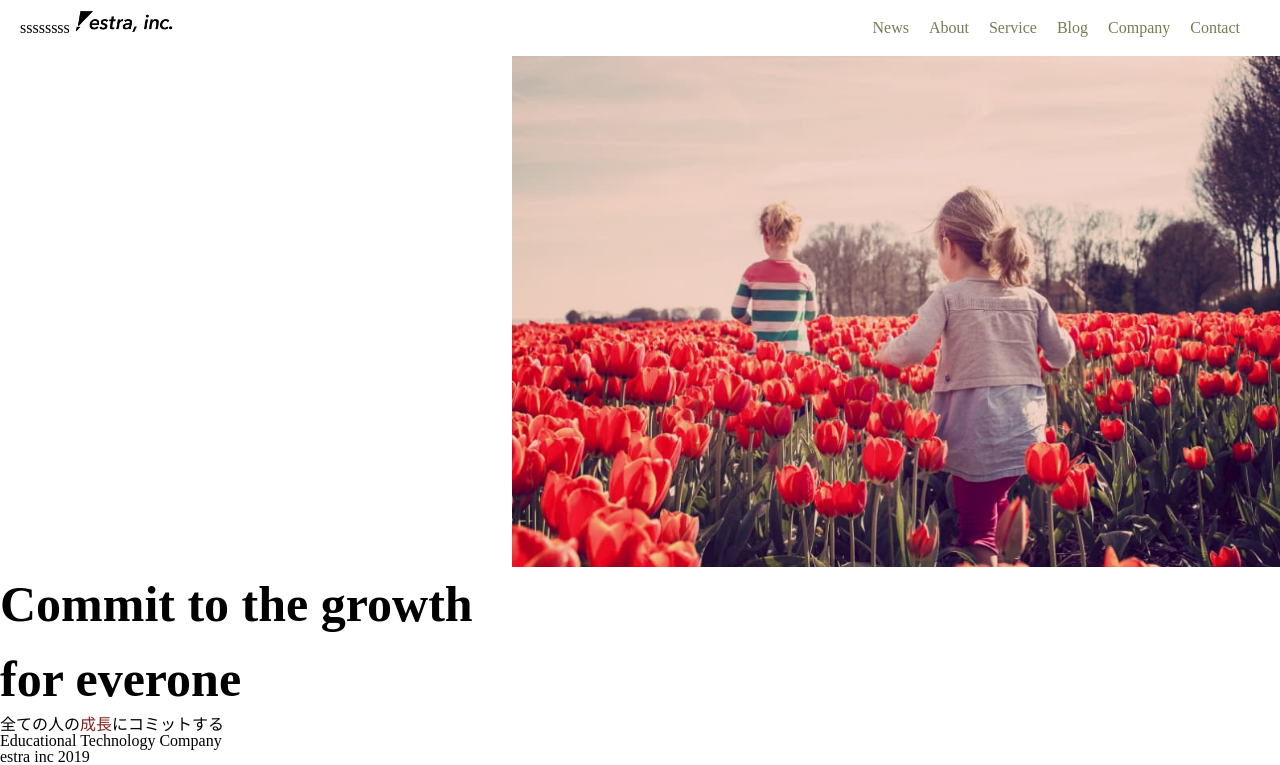
Repository: masanarimiura/20220504miura
Page: index.html
An editor plug-in stored every save of this project. The page is shown before and after the next save, followed by the edit.
The browser window is 1280 px wide. The pictures show the whole page.
Some web fonts or font styles are not loaded; a fallback is used.

Above is the page before, as saved 2022-05-04 18:21:22.

### index.html
<!DOCTYPE html>
<html lang="ja">

<head>
  <meta charset="UTF-8">
  <meta http-equiv="X-UA-Compatible" content="IE=edge">
  <meta name="viewport" content="width=device-width, initial-scale=1.0">
  <title>20220504miura</title>
  <link rel="stylesheet" href="css/reset.css">
  <link rel="stylesheet" href="css/style.css">
  <link rel="preconnect" href="https://fonts.googleapis.com">
  <link rel="preconnect" href="https://fonts.gstatic.com" crossorigin>
  <link href="https://fonts.googleapis.com/css2?family=Gochi+Hand&display=swap" rel="stylesheet">
</head>
<header class="header">
  <div class="header-inner">
    <div class="header-logo">
      <a href="">ssssssss
        <img src="img/estra_logo.png" alt="">
      </a>
    </div>
    <nav class="header-nav">
      <ul class="header-nav-list">
        <li class="header-nav-item"><a href="" class="header-nav-link">
            News
          </a></li>
        <li class="header-nav-item"><a href="" class="header-nav-link">
            About
          </a></li>
        <li class="header-nav-item"><a href="" class="header-nav-link">
            Service
          </a></li>
        <li class="header-nav-item"><a href="" class="header-nav-link">
            Blog
          </a></li>
        <li class="header-nav-item"><a href="" class="header-nav-link">
            Company
          </a></li>
        <li class="header-nav-item"><a href="" class="header-nav-link">
            Contact
          </a></li>
      </ul>
    </nav>
  </div>
</header>
<div class="firstview">
  <img src="img/firstview.jpg" alt="">
  <h2 class="firstview-ttl">
    Commit to the growth <br>for everone
  </h2>
  <div class="firstview">
    <p class="firstview-text">
      全ての人の<span class="firstview-text-emphasis">成長</span>にコミットする
    </p>
    <p class="firstview-en">
      Educational Technology Company <br>estra inc 2019
    </p>
  </div>
</div>

<body>

</body>

</html>

### css/style.css
a {
  text-decoration: none;
  color: inherit;
}
.header {
  width: 100%;
}
.header-inner {
  display: flex;
  justify-content: space-between;
  margin: 10px 20px;
}
.header img {
  width: 100px;
}
.header-nav {
  margin: 10px 20px;
}
.header-nav-list {
  display: flex;
  justify-content: center;
}
.header-nav-item {
  color: rgb(120, 123, 82);
}
.header-nav-item:not(:last-child) {
  padding-right: 20px;
}
.firstview {
  width: 100%;
  position: relative;
}
.firstview img {
  width: 60%;
  margin: 0 0 0 auto;
  display: block;
}
.firstview-ttl {

  font-size: 50px;
  font-family: "Gochi Hand", cursive;
  line-height: 1.5;
}
.firstview-text {

}
.firstview-text-emphasis {
  color: rgb(131, 33, 33);
}

Loaded but not shown: css/reset.css (common file)

After the next save:
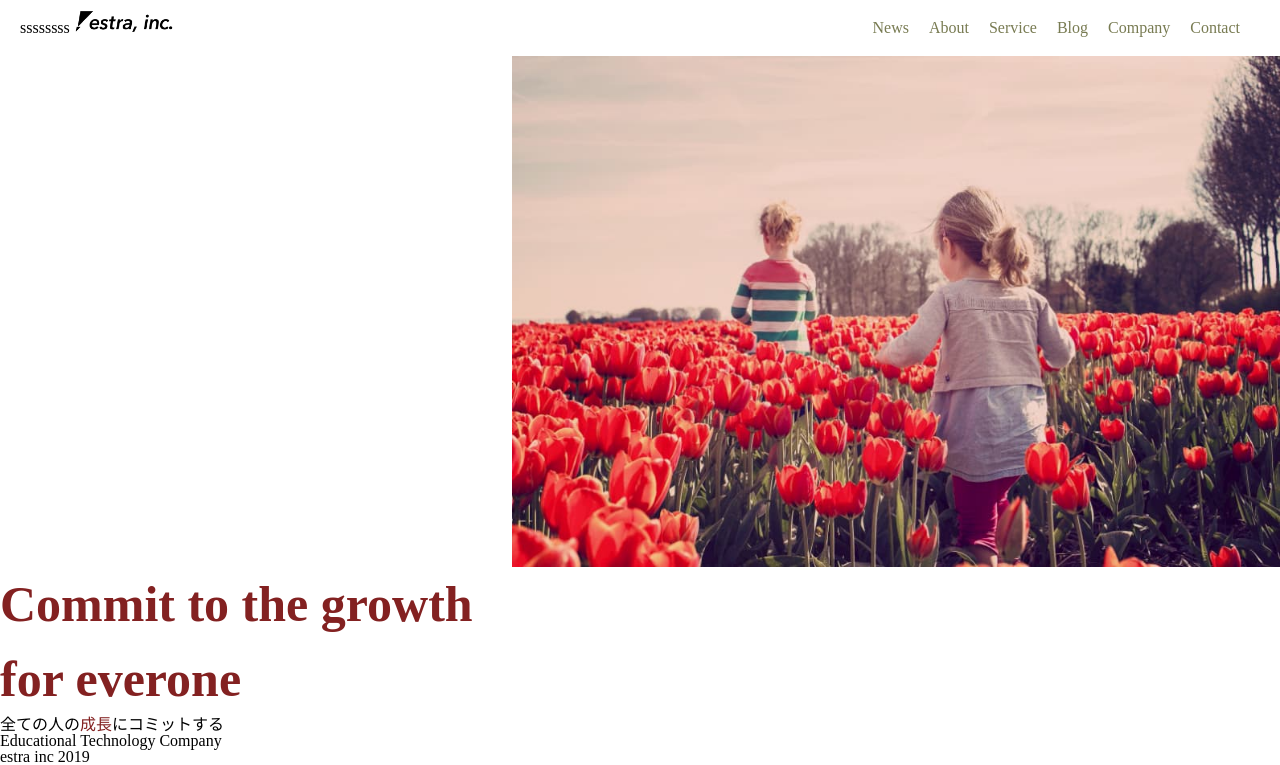
Saved 7 s later.
--- a/css/style.css
+++ b/css/style.css
@@ -36,7 +36,7 @@
   display: block;
 }
 .firstview-ttl {
-
+  color: rgb(131, 33, 33);
   font-size: 50px;
   font-family: "Gochi Hand", cursive;
   line-height: 1.5;

After the save that followed:
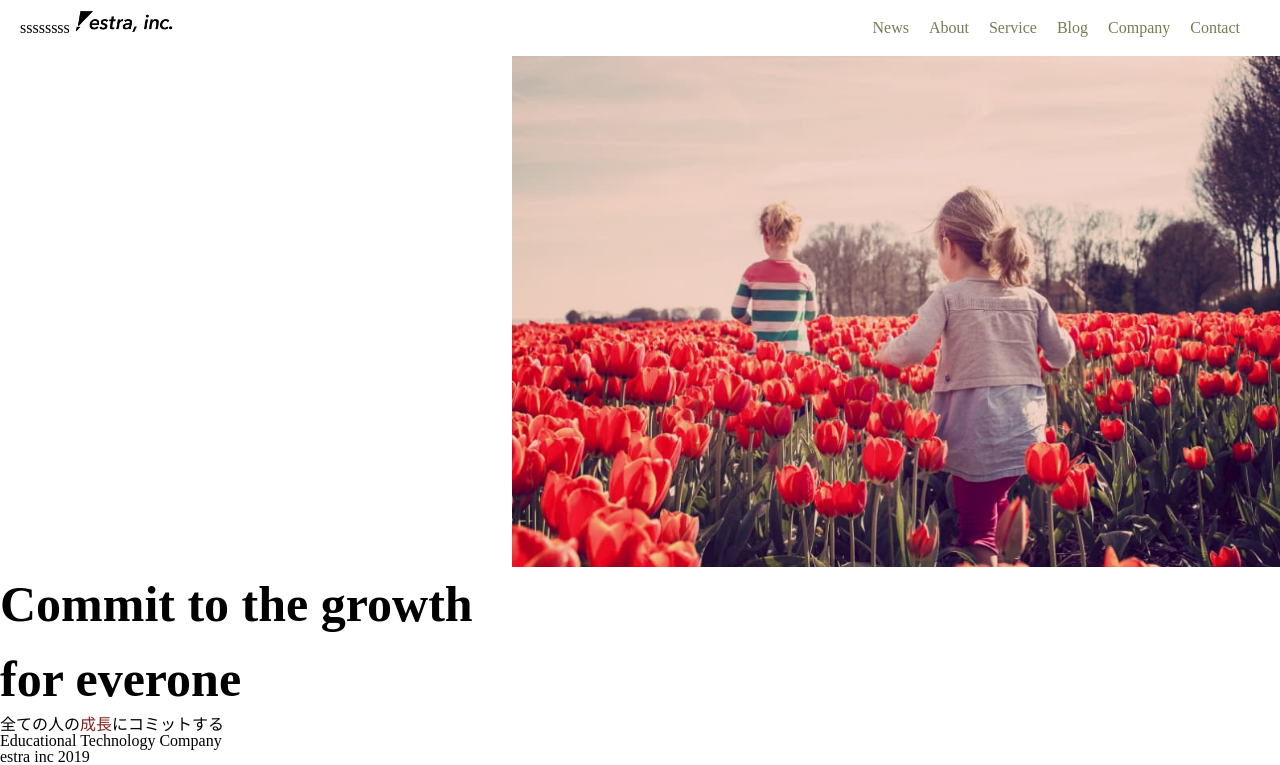
Saved 17 s later.
--- a/css/style.css
+++ b/css/style.css
@@ -36,7 +36,7 @@
   display: block;
 }
 .firstview-ttl {
-  color: rgb(131, 33, 33);
+
   font-size: 50px;
   font-family: "Gochi Hand", cursive;
   line-height: 1.5;
